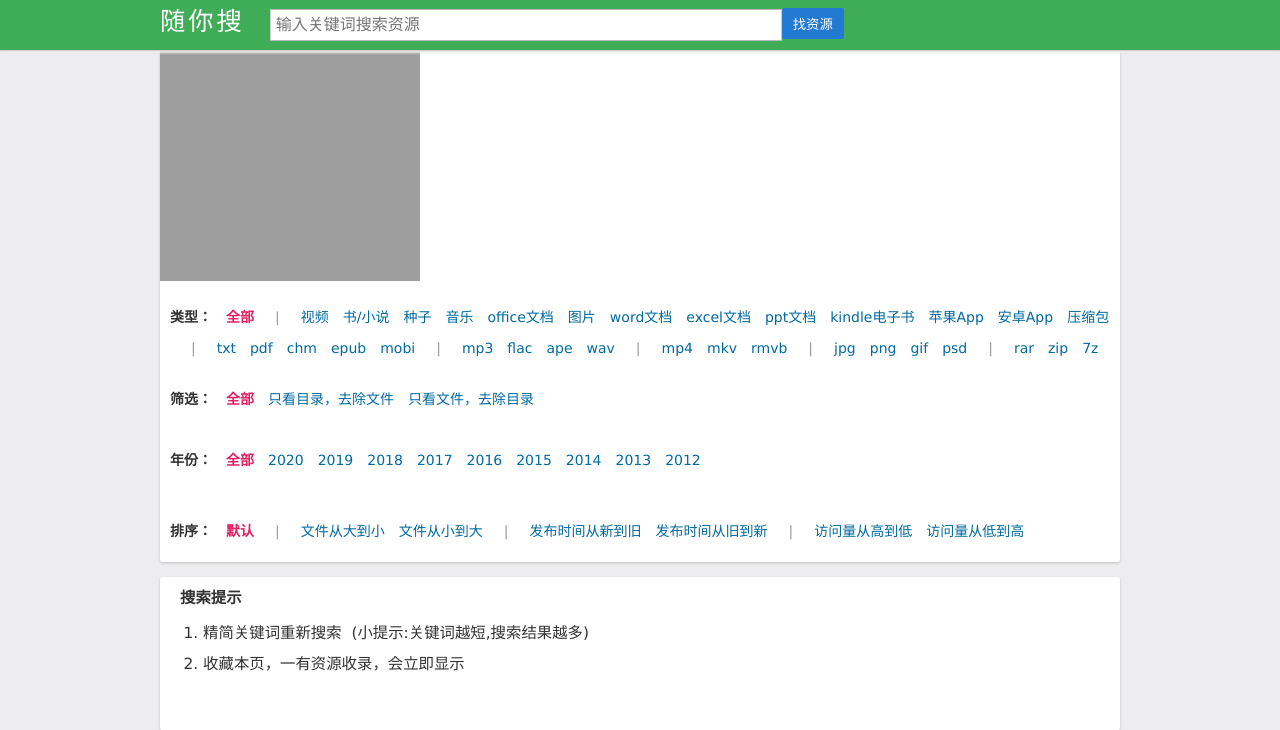
Repository: youngsailsail/nodeStudy
Page: / (app in 爬虫/前端vue/search-book/)
The author's editor kept a copy of each file at every save. The page is drawn from the files as they stood at one save, then again after a run of saves.
The browser window is 1280 px wide. The pictures show the whole page.
Pictures or frames that could not be fetched are drawn as grey boxes. The project was rebuilt for these pictures with package versions that can differ from the ones it lists, and the page was loaded fresh each time. Also part of the build but not shown: 爬虫/前端vue/search-book/vue.config.js.

Above is the page before, as saved 2020-05-09 22:38:39.

### 爬虫/前端vue/search-book/src/App.vue
<template>
  <div id="app">
    <Search />
    <FilterBook />
    <List />
  </div>
</template>

<script>
import Search from "./components/Search.vue";
import FilterBook from "./components/FilterBook.vue";
import List from "./components/List.vue";

export default {
  name: "App",
  components: {
    Search,
    FilterBook,
    List
  }
};
</script>

<style>
@import "./assets/css/screen.css";
@import "./assets/css/app.css";
</style>

### 爬虫/前端vue/search-book/src/assets/css/screen.css
/* reset.css */
html {margin:0;padding:0;border:0;}
body, div, span, object, iframe, h1, h2, h3, h4, h5, h6, p, blockquote, pre, a, abbr, acronym, address, code, del, dfn, em, img, q, dl, dt, dd, ol, ul, li, fieldset, form, label, legend, table, caption, tbody, tfoot, thead, tr, th, td, article, aside, dialog, figure, footer, header, hgroup, nav, section {margin:0;padding:0;border:0;font-size:100%;font:inherit;vertical-align:baseline;}
body {line-height:1.5;background:white;}
table {border-collapse:separate;border-spacing:0;}
caption, th, td {text-align:left;font-weight:normal;float:none !important;}
table, th, td {vertical-align:middle;}
blockquote:before, blockquote:after, q:before, q:after {content:'';}
blockquote, q {quotes:"" "";}
a img {border:none;}
:focus {outline:0;}

/* typography.css */
html {font-size:100.01%;}
body {font-size:75%;color:#222;background:#fff;font-family:"Helvetica Neue", Arial, Helvetica, sans-serif;}
a {color:#336699;text-decoration:none;}
a:focus, a:hover {color:#fff;background-color:#336699;}
h1, h2, h3, h4, h5, h6 {font-weight:normal;color:#111;}
h1 {font-size:3em;line-height:1;margin-bottom:0.5em;}
h2 {font-size:2em;margin-bottom:0.75em;}
h3 {font-size:1.5em;line-height:1;margin-bottom:1em;}
h4 {font-size:1.2em;line-height:1.25;margin-bottom:1.25em;}
h5 {font-size:1em;font-weight:bold;margin-bottom:1.5em;}
h6 {font-size:1em;font-weight:bold;}
h1 img, h2 img, h3 img, h4 img, h5 img, h6 img {margin:0;}
p {margin:0 0 1.5em;}
p .left {margin:1.5em 1.5em 1.5em 0;padding:0;}
p .right {margin:1.5em 0 1.5em 1.5em;padding:0;}
img.left {float:left;margin:1.5em 1.5em 1.5em 0;padding:0;}
img.right {float:right;margin:1.5em 0 1.5em 1.5em;}
blockquote {margin:1.5em;color:#666;font-style:italic;}
strong,dfn {font-weight:bold;}
em, dfn {font-style:italic;}
sup, sub {line-height:0;}
abbr, acronym {border-bottom:1px dotted #666;}
address {margin:0 0 1.5em;font-style:italic;}
del {color:#666;}
pre {margin:1.5em 0;white-space:pre;}
pre, code, tt {font:1em 'andale mono', 'lucida console', monospace;line-height:1.5;}
li ul, li ol {margin:0;}
ul, ol {margin:0;}
ul {list-style-type:disc;}
ol {list-style-type:decimal;}
dl {margin:0 0 1.5em 0;}
dl dt {font-weight:bold;}
dd {margin-left:1.5em;}
table {width:100%;}
th {font-weight:bold;}
thead th {background:#c3d9ff;}
th, td, caption {padding:4px 10px 4px 5px;}
tr.even td {background:#e5ecf9;}
tfoot {font-style:italic;}
caption {background:#eee;}

/* forms.css */
label {font-weight:bold;}
fieldset {padding:0 1.4em 1.4em 1.4em;margin:0 0 1.5em 0;border:1px solid #e0e0e0;}
legend {font-weight:bold;font-size:1.2em;margin-top:-0.2em;margin-bottom:1em;}
fieldset, #IE8#HACK {padding-top:1.4em;}
legend, #IE8#HACK {margin-top:0;margin-bottom:0;}
input[type=text], input[type=password], input[type=url], input[type=email], input.text, input.title, textarea {background-color:#fff;border:1px solid #e0e0e0;color:#000;}
input[type=text]:focus, input[type=password]:focus, input[type=url]:focus, input[type=email]:focus, input.text:focus, input.title:focus, textarea:focus {border-color:#7FB9F8;}
select {background-color:#fff;border-width:1px;border-style:solid;}
input[type=text], input[type=password], input[type=url], input[type=email], input.text, input.title, textarea, select {margin:0.5em 0;}
textarea.text, textarea.title input.text, input.title {width:300px;padding:5px;}
textarea.title, input.title {font-size:1.5em;}
textarea {width:390px;height:250px;padding:5px;}
form.inline {line-height:3;}
form.inline p {margin-bottom:0;}

/* grid.css */
.container {width:990px;margin:0 auto;}
.column, div.span-1, div.span-2, div.span-3, div.span-4, div.span-5, div.span-6, div.span-7, div.span-8, div.span-9, div.span-10, div.span-11, div.span-12, div.span-13, div.span-14, div.span-15, div.span-16, div.span-17, div.span-18, div.span-19, div.span-20, div.span-21, div.span-22, div.span-23, div.span-24 {float:left;}
.last, div.last {margin:0 0 0 10px;}
.span-1 {width:50px;}
.span-2 {width:90px;}
.span-3 {width:130px;}
.span-4 {width:185px;}
.span-5 {width:210px;}
.span-6 {width:260px;}
.span-7 {width:290px;}
.span-8 {width:330px;}
.span-9 {width:370px;}
.span-10 {width:410px;}
.span-11 {width:435px;}
.span-12 {width:480px;}
.span-13 {width:515px;}
.span-14 {width:555px;}
.span-15 {width:595px;}
.span-16 {width:635px;}
.span-17 {width:675px;}
.span-18 {width:720px;}
.span-19 {width:770px;}
.span-20 {width:795px;}
.span-21 {width:835px;}
.span-22 {width:875px;}
.span-23 {width:915px;}
.span-24, div.span-24 {width:990px;margin:0;}
hr {background:#ddd;color:#ddd;clear:both;float:none;width:100%;height:.1em;margin:0 0 1.45em;border:none;}
hr.space {background:#fff;color:#fff;}
.container:after {content:"\0020";display:block;height:0;clear:both;visibility:hidden;overflow:hidden;}
.container {display:block;}

### 爬虫/前端vue/search-book/src/components/Search.vue
<template>
  <div class="top-fix-nav">
    <div class="container no-c-border">
      <span class="name">
        <a href="http://www.rufengso.net/">随你搜</a>
      </span>
      <form style="display:inline" @submit.prevent="submit">
        <input
          placeholder="输入关键词搜索资源"
          autocomplete="off"
          maxlength="255"
          type="text"
          class="title"
          name="n"
          v-model="searchTxt"
        />
        <input type="submit" class="s_btn" value="找资源" />
        <!-- <input type="checkbox" id="close_sug" class="sep-left1" checked="checked" />
        <span class="white small2">关闭搜索提示</span>-->
      </form>
    </div>
  </div>
</template>
<script>
import { mapActions } from "vuex";
export default {
  data() {
    return {
      searchTxt: ""
    };
  },
  methods: {
    ...mapActions(["getListData"]),
    submit(e) {
      if (!this.searchTxt) {
        alert("请先输入资源名称");
        return;
      }
      const query = {
        n: this.searchTxt,
        isSearch: true
      };
      this.getListData(query);
    }
  }
};
</script>

### 爬虫/前端vue/search-book/src/components/FilterBook.vue
<template>
  <div class="container sep15-">
    <div class="iframe">
      <iframe height="230" width="260" src="https://www.ximalaya.com/thirdparty/player/album/player.html?id=13507836&type=red" frameborder=0 allowfullscreen></iframe>
    </div>
    <div class="search-toolbox">
      <div class="sep sep1">
        <b>类型：</b>
        <a class="on sep1 isAll" rel="nofollow" data="f-">全部</a>
        <span class="sep">|</span>
        <a rel="nofollow" data="f-f4" title="搜索文件类型：mp4 mkv rmvb avi flv vob mpg">视频</a>
        <a rel="nofollow" data="f-f2" title="搜索文件类型：txt pdf chm rtf epub mobi azw azw3 kfx">书/小说</a>
        <a rel="nofollow" data="f-f5" title="搜索文件类型：torrent">种子</a>
        <a rel="nofollow" data="f-f3" title="搜索文件类型：mp3 flac ape wav">音乐</a>
        <a rel="nofollow" data="f-f1" title="搜索文件类型：doc docx xls xlsx ppt pptx wps">office文档</a>
        <a rel="nofollow" data="f-f6" title="搜索文件类型：jpg jpeg png gif bmp">图片</a>
        <a rel="nofollow" data="f-f7" title="搜索文件类型：doc docx">word文档</a>
        <a rel="nofollow" data="f-f8" title="搜索文件类型：xls xlsx">excel文档</a>
        <a rel="nofollow" data="f-f9" title="搜索文件类型：ppt pptx">ppt文档</a>
        <a rel="nofollow" data="f-f10" title="搜索文件类型：mobi azw azw3 kfx">kindle电子书</a>
        <a rel="nofollow" data="f-f11" title="搜索文件类型：ipa">苹果App</a>
        <a rel="nofollow" data="f-f12" title="搜索文件类型：apk">安卓App</a>
        <a rel="nofollow" data="f-f13" title="搜索文件类型：zip rar 7z gzip tar gz bz2">压缩包</a>
        <span class="sep">|</span>
        <a rel="nofollow" data="f-txt">txt</a>
        <a rel="nofollow" data="f-pdf">pdf</a>
        <a rel="nofollow" data="f-chm">chm</a>
        <a rel="nofollow" data="f-epub">epub</a>
        <a rel="nofollow" data="f-mobi">mobi</a>
        <span class="sep">|</span>
        <a rel="nofollow" data="f-mp3">mp3</a>
        <a rel="nofollow" data="f-flac">flac</a>
        <a rel="nofollow" data="f-ape">ape</a>
        <a rel="nofollow" data="f-wav">wav</a>
        <span class="sep">|</span>
        <a rel="nofollow" data="f-mp4">mp4</a>
        <a rel="nofollow" data="f-mkv">mkv</a>
        <a rel="nofollow" data="f-rmvb">rmvb</a>
        <span class="sep">|</span>
        <a rel="nofollow" data="f-jpg">jpg</a>
        <a rel="nofollow" data="f-png">png</a>
        <a rel="nofollow" data="f-gif">gif</a>
        <a rel="nofollow" data="f-psd">psd</a>
        <span class="sep">|</span>
        <a rel="nofollow" data="f-rar">rar</a>
        <a rel="nofollow" data="f-zip">zip</a>
        <a rel="nofollow" data="f-7z">7z</a>
      </div>
      <div class="sep sep2">
        <b>筛选：</b>
        <a class="on sep2 isAll" rel="nofollow" data="nd-">全部</a>
        <a rel="nofollow" data="nd-d">只看目录，去除文件</a>
        <a rel="nofollow" data="nd-f">只看文件，去除目录</a>
      </div>
      <div class="sep sep3">
        <b>年份：</b>
        <a class="on sep3 isAll" rel="nofollow" data="y-" title="只看全部年分享的资源">全部</a>
        <a rel="nofollow" data="y-2020" title="只看2020年分享的资源">2020</a>
        <a rel="nofollow" data="y-2019" title="只看2019年分享的资源">2019</a>
        <a rel="nofollow" data="y-2018" title="只看2018年分享的资源">2018</a>
        <a rel="nofollow" data="y-2017" title="只看2017年分享的资源">2017</a>
        <a rel="nofollow" data="y-2016" title="只看2016年分享的资源">2016</a>
        <a rel="nofollow" data="y-2015" title="只看2015年分享的资源">2015</a>
        <a rel="nofollow" data="y-2014" title="只看2014年分享的资源">2014</a>
        <a rel="nofollow" data="y-2013" title="只看2013年分享的资源">2013</a>
        <a rel="nofollow" data="y-2012" title="只看2012年分享的资源">2012</a>
      </div>
      <div class="sep sep4">
        <b>排序：</b>
        <a class="on sep4 isAll" rel="nofollow" data="s-" isAll>默认</a>
        <span class="sep">|</span>
        <a rel="nofollow" data="s-size1">文件从大到小</a>
        <a rel="nofollow" data="s-size2">文件从小到大</a>
        <span class="sep">|</span>
        <a rel="nofollow" data="s-feedtime1">发布时间从新到旧</a>
        <a rel="nofollow" data="s-feedtime2">发布时间从旧到新</a>
        <span class="sep">|</span>
        <a rel="nofollow" data="s-vcnt1">访问量从高到低</a>
        <a rel="nofollow" data="s-vcnt2">访问量从低到高</a>
      </div>
    </div>
  </div>
</template>
<script>
import { mapState, mapActions, mapMutations } from "vuex";
export default {
  data() {
    return {
      queryObj: {}
    };
  },
  computed: {
    ...mapState(["listData"])
  },
  mounted() {
    let that = this;
    document.querySelectorAll(".search-toolbox a").forEach(element => {
      element.addEventListener("click", function() {
        let parentClass = this.parentNode.classList[1];
        let selectClass = `.on.${parentClass}`;
        if (document.querySelector(selectClass)) {
          document
            .querySelector(selectClass)
            .classList.remove("on", parentClass);
        }
        this.classList.add("on", parentClass);
        let [key, val] = this.getAttribute("data").split("-");
        that.queryObj = {
          ...that.queryObj,
          [key]: val
        };
        that.getData();
      });
    });
  },
  watch: {
    listData(newVal, oldVal) {
      if (!newVal) return;
      const { isSearch } = newVal;
      if (isSearch) {
        this.queryObj = {};
        this.setQueryObj({});
        this.$forceUpdate();
        document.querySelectorAll("a.on").forEach(element => {
          let parentClass = element.parentNode.classList[1];
          element.classList.remove("on", parentClass);
        });
        document.querySelectorAll("a.isAll").forEach(element => {
          let parentClass = element.parentNode.classList[1];
          element.classList.add("on", parentClass);
        });
      }
    }
  },
  methods: {
    ...mapActions(["getListData"]),
    ...mapMutations(["setQueryObj"]),
    getData() {
      let query = {
        n: this.listData.bookName,
        isFilter: true,
        ...this.queryObj
      };
      this.setQueryObj(query);
      if (!this.listData.bookName) return;
      this.getListData(query);
    }
  }
};
</script>
<style lang="scss" scoped>
.container {
  padding-top: 51px;
}
.search-toolbox a {
  cursor: pointer;
  text-decoration: none;
}
</style>

### 爬虫/前端vue/search-book/src/components/List.vue
<template>
  <div class="container" v-if="listData">
    <div class="search-page">
      <div v-if="listData.bookName">
        随你搜为您找到
        <h1 class="inline">
          <span class="red sep-both05 bold">{{listData.bookName}}</span>相关的网盘资源
        </h1>
        <span class="red sep-both05 bold">{{listData.count}}</span>条
      </div>
      <div class="row" style="background-color: white;" v-for="(item,index) in listData.list" :key="index">
        <h3>
          <a @click="toDetail(item)" :title="item.title" @click.prevent="getSource(item)" class="box-title">
            <span class="highlight">{{item.title}}</span>
          </a>
        </h3>
        <p>
          <img :title="item.type" width="16" height="16" :src="item.src" />&nbsp;&nbsp;
          <span class="size">{{item.size}}</span>
          <span class="small">由{{item.author}} &nbsp; ---- &nbsp;于{{item.date}}发布</span>
        </p>
      </div>
      <div class="page-list" v-if="listData.bookName && listData.count">
        <button title="上一页" :disabled="currentPage==1" @click.prevent="toGetData(currentPage-1)">上一页</button>
        <span class="current">&nbsp;&nbsp;第{{currentPage}}页&nbsp;&nbsp;</span>
        <button title="下一页" :disabled="currentPage==pageCount" @click.prevent="toGetData(currentPage+1)">下一页</button>&nbsp;
        <a v-show="pageCount>1&&currentPage<pageCount" title="尾页" @click.prevent="toGetData(pageCount)">尾页</a>
        <a v-show="pageCount>1&&currentPage==pageCount" title="首页" @click.prevent="toGetData(1)">首页</a>
        <br />跳页&nbsp;
        <input name="custompage" class="custompage" title="输入页码，按回车快速跳转" type="number" v-model.trim="size" @keydown.enter="toGetData(size)" :max="pageCount" :min="1" /> &nbsp;/{{pageCount}}页&nbsp;&nbsp;
        <span class="pcount">共{{pageCount}}页&nbsp;&nbsp;</span>
        <span class="total">{{listData.count}}项&nbsp;&nbsp;</span>&nbsp;&nbsp;
        <span v-if="size>pageCount" class="highlight">输入值最大为{{pageCount}}</span>
      </div>
      <div class="search-page" v-else>
        <div class="sep large" style="padding-top:10px">
          <b>搜索提示</b>
          <ol>
            <li>精简关键词重新搜索&nbsp;&nbsp;(小提示:关键词越短,搜索结果越多)</li>
            <li>收藏本页，一有资源收录，会立即显示</li>
          </ol>
        </div>
        <br class="bothall" />
      </div>
    </div>
    <div style="margin-top:30px"></div>
  </div>
</template>
<script>
import { mapState, mapActions } from "vuex";
export default {
  data() {
    return {
      currentPage: 1,
      size: 1,
      source: null
    };
  },
  computed: {
    ...mapState(["listData", "queryObj"]),
    pageCount() {
      return Math.ceil(this.listData.count / 30);
    }
  },
  methods: {
    ...mapActions(["getListData"]),
    toGetData(index) {
      if (index > this.pageCount) {
        return;
      }
      this.currentPage = index;
      if (!this.listData.bookName) return;
      const query = {
        ...this.queryObj,
        n: this.listData.bookName,
        pageIndex: index,
        isFilter: false
      };
      this.getListData(query);
    },
    async toDetail(item) {
      let { url } = await this.$api.get("/getBookUrl", {
        params: {
          href: item.href
        }
      });
      var arg =
        '\u003cscript\u003elocation.replace("' + url + '")\u003c/script\u003e';
      window.open("javascript:window.name;", arg);
    }
    // cancel() {
    //   this.source.cancel("这里你可以输出一些信息，可以在catch中拿到");
    // }
  },
  watch: {
    listData(newVal, oldVal) {
      if (!newVal) return;
      const { isFilter, isSearch } = newVal;
      if (isFilter || isSearch) {
        this.currentPage = 1;
        this.size = 1;
      }
    }
  }
};
</script>
<style lang="scss" scoped>
.activeBtn {
  background-color: #227ad3;
  color: white;
}
.page-list {
  a {
    text-decoration: none;
    cursor: pointer;
  }
}
.custompage {
  padding-left: 5px;
  width: 50px;
  text-align: center;
}
.small {
  margin-left: 20px;
}
.box-title {
  cursor: pointer;
  width: 80%;
  display: inline-block;
  overflow: hidden; //超出的文本隐藏
  text-overflow: ellipsis; //溢出用省略号显示
  white-space: nowrap;
}
</style>

Loaded but not shown: 爬虫/前端vue/search-book/public/index.html (common file); 爬虫/前端vue/search-book/src/util/http.js (53 lines, source omitted); 爬虫/前端vue/search-book/src/store/index.js (39 lines, source omitted); 爬虫/前端vue/search-book/src/main.js (11 lines, source omitted); 爬虫/前端vue/search-book/src/assets/css/app.css (1467 lines, source omitted)

After the next 2 saves:
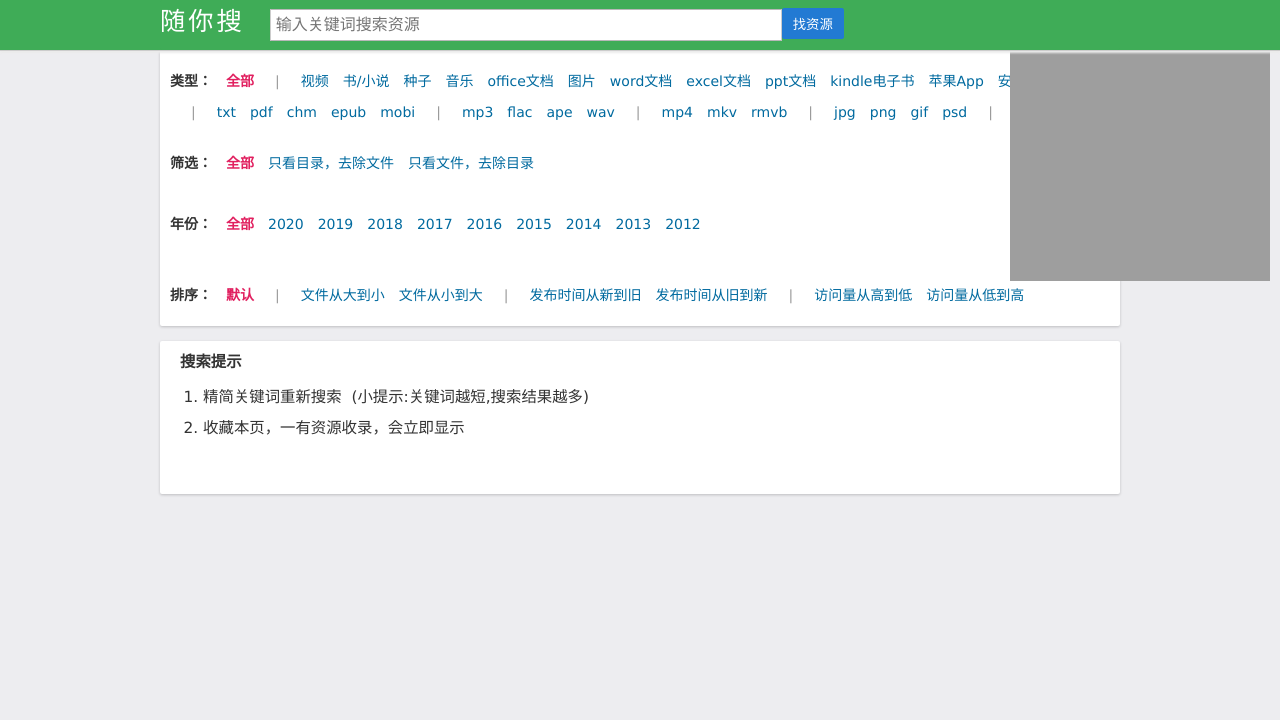
The 2 saves are shown as one change because they came seconds apart.
The last was saved 17 s later.
--- a/爬虫/前端vue/search-book/src/components/FilterBook.vue
+++ b/爬虫/前端vue/search-book/src/components/FilterBook.vue
@@ -149,6 +149,10 @@ export default {
 };
 </script>
 <style lang="scss" scoped>
+.iframe {
+  position: absolute;
+  right: 10px;
+}
 .container {
   padding-top: 51px;
 }
